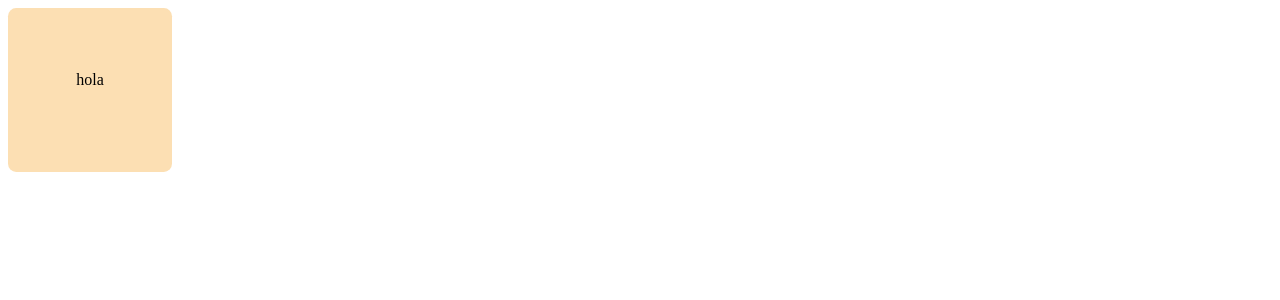
Repository: gabrielardevol/portfolio-react
Page: javascript_domestika/exercici_memory/html.html
An editor plug-in stored every save of this project. The page is shown before and after the next save, followed by the edit.
The browser window is 1280 px wide. The pictures show the whole page.

Above is the page before, as saved 2022-12-20 22:33:40.
Console error: TypeError: Cannot set properties of null (setting 'textContent')

After the next save:
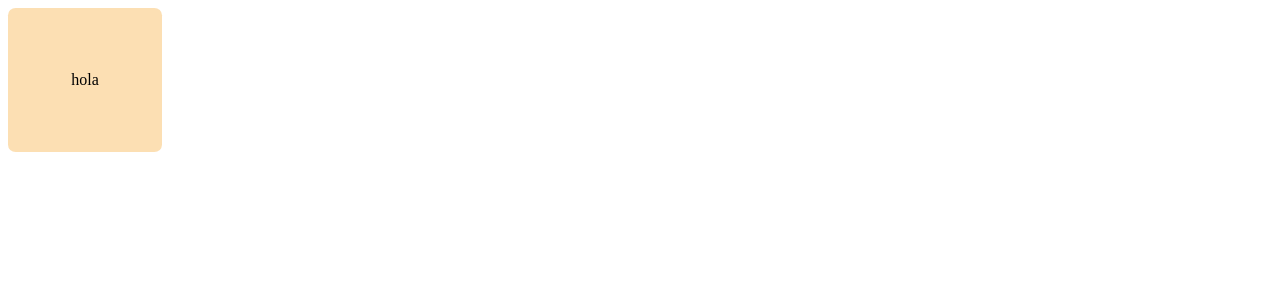
Saved 40 s later.
--- a/javascript_domestika/exercici_memory/html.html
+++ b/javascript_domestika/exercici_memory/html.html
@@ -7,8 +7,8 @@
       padding: 5%;
       background-color: rgb(252, 223, 179);
       text-align: center;
-      width: 1cm;
-      height: 1cm;
+      width: fit-content;
+      height: fit-content;
     }
       </style>
 </head>
